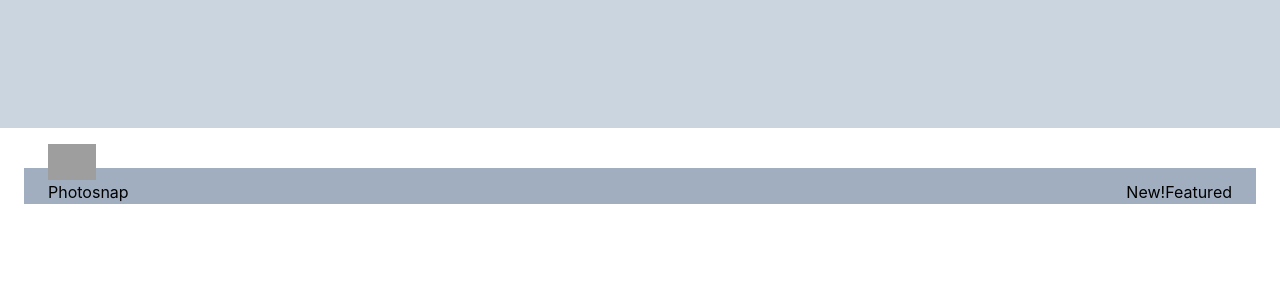
Repository: asongdon/frontendmentor-joblisting
Page: /
The author's editor kept a copy of each file at every save. The page is drawn from the files as they stood at one save, then again after the next save.
The browser window is 1280 px wide. The pictures show the whole page.
Pictures or frames that could not be fetched are drawn as grey boxes. The project was rebuilt for these pictures with package versions that can differ from the ones it lists, and the page was loaded fresh each time. The framework's server and built-in components were replaced by stand-ins that run in the browser. Also part of the build but not shown: nuxt.config.js.

Above is the page before, as saved 2020-04-12 18:35:10.

### layouts/default.vue
<template>
  <div>
    <Header/>
    <nuxt />
  </div>
</template>

<script>
import Header from '@/components/Header.vue'

export default {
  components: {
    Header
  },
}
</script>

<style>
html {
  font-family: 'Inter', -apple-system, BlinkMacSystemFont, 'Segoe UI',
    Roboto, 'Helvetica Neue', Arial, sans-serif;
  font-size: 16px;
  word-spacing: 1px;
  -ms-text-size-adjust: 100%;
  -webkit-text-size-adjust: 100%;
  -moz-osx-font-smoothing: grayscale;
  -webkit-font-smoothing: antialiased;
  box-sizing: border-box;
}

*,
*:before,
*:after {
  box-sizing: border-box;
  margin: 0;
}

.button--green {
  display: inline-block;
  border-radius: 4px;
  border: 1px solid #3b8070;
  color: #3b8070;
  text-decoration: none;
  padding: 10px 30px;
}

.button--green:hover {
  color: #fff;
  background-color: #3b8070;
}

.button--grey {
  display: inline-block;
  border-radius: 4px;
  border: 1px solid #35495e;
  color: #35495e;
  text-decoration: none;
  padding: 10px 30px;
  margin-left: 15px;
}

.button--grey:hover {
  color: #fff;
  background-color: #35495e;
}
</style>

### pages/index.vue
<template>
  <div class="container py-10 px-6">
    <Maincard/>
  </div>
</template>

<script>
import Maincard from '@/components/Maincard'
export default {
  components: {
    Maincard
  }
}
</script>

<style>
/* Sample `apply` at-rules with Tailwind CSS
.container {
  @apply min-h-screen flex justify-center items-center text-center mx-auto;
}
*/

</style>

### components/Header.vue
<template>
  <div class="w-full h-32 bg-gray-400"></div>
</template>

<script>
export default {}
</script>

<style></style>

### components/Maincard.vue
<template>
  <div class="bg-gray-500 flex flex-col flex-no-wrap">
    <div class="px-6 -mt-6">
      <img class="w-12" src="~/assets/logos/faceit.svg" alt="" />
    </div>
    <div class="flex justify-between px-6">
      <div>Photosnap</div>
      <div class="flex">
        <div>New!</div>
        <div>Featured</div>
      </div>
    </div>
  </div>
</template>

<script>
export default {}
</script>

<style></style>

Loaded but not shown: assets/css/tailwind.css (common file); tailwind.config.js (common file); store/filter.js (no copy from this time; the picture is the same without it); store/index.js (no copy from this time; the picture is the same without it)

After the next save:
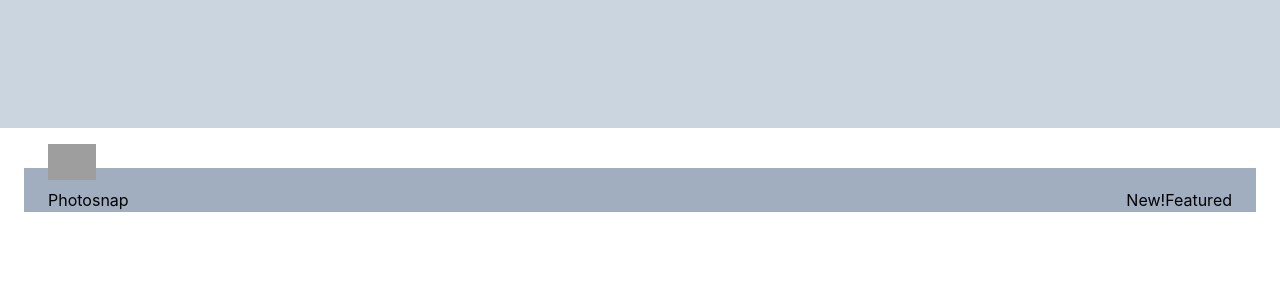
Saved 9 s later.
--- a/components/Maincard.vue
+++ b/components/Maincard.vue
@@ -1,6 +1,6 @@
 <template>
   <div class="bg-gray-500 flex flex-col flex-no-wrap">
-    <div class="px-6 -mt-6">
+    <div class="px-6 -mt-6 mb-2" >
       <img class="w-12" src="~/assets/logos/faceit.svg" alt="" />
     </div>
     <div class="flex justify-between px-6">
